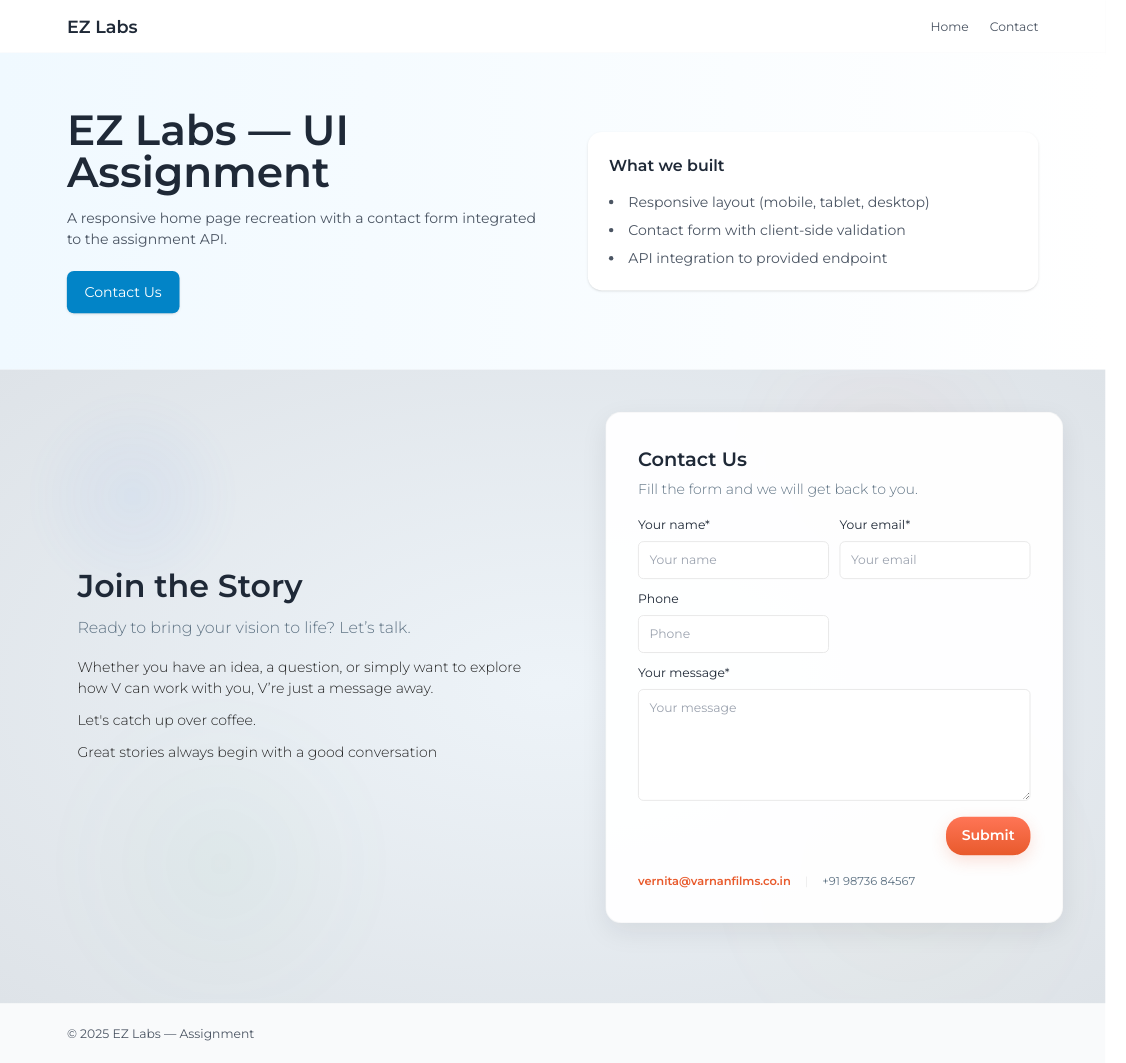
Repository: ritesh1711/ez-contact-form
Page: /
The author's editor kept a copy of each file at every save. The page is drawn from the files as they stood at one save, then again after a run of saves.
The browser window is 1280 px wide. The pictures show the whole page, at 88% of full size.
The project was rebuilt for these pictures with package versions that can differ from the ones it lists, and the page was loaded fresh each time. Also part of the build but not shown: vite.config.js.

Above is the page before, as saved 2025-11-09 22:26:48.

### index.html
<!doctype html>
<html lang="en">
  <head>
    <meta charset="UTF-8" />
    <link rel="icon" type="image/svg+xml" href="/vite.svg" />
    <meta name="viewport" content="width=device-width, initial-scale=1.0" />
    <title>ezlabs-assignment</title>
  </head>
  <body>
    <div id="root"></div>
    <script type="module" src="/src/main.jsx"></script>
  </body>
</html>

### src/index.css
:root {
  font-family: system-ui, Avenir, Helvetica, Arial, sans-serif;
  line-height: 1.5;
  font-weight: 400;

  color-scheme: light dark;
  color: rgba(255, 255, 255, 0.87);
  background-color: #242424;

  font-synthesis: none;
  text-rendering: optimizeLegibility;
  -webkit-font-smoothing: antialiased;
  -moz-osx-font-smoothing: grayscale;
}

a {
  font-weight: 500;
  color: #646cff;
  text-decoration: inherit;
}
a:hover {
  color: #535bf2;
}

body {
  margin: 0;
  display: flex;
  place-items: center;
  min-width: 320px;
  min-height: 100vh;
}

h1 {
  font-size: 3.2em;
  line-height: 1.1;
}

button {
  border-radius: 8px;
  border: 1px solid transparent;
  padding: 0.6em 1.2em;
  font-size: 1em;
  font-weight: 500;
  font-family: inherit;
  background-color: #1a1a1a;
  cursor: pointer;
  transition: border-color 0.25s;
}
button:hover {
  border-color: #646cff;
}
button:focus,
button:focus-visible {
  outline: 4px auto -webkit-focus-ring-color;
}

@media (prefers-color-scheme: light) {
  :root {
    color: #213547;
    background-color: #ffffff;
  }
  a:hover {
    color: #747bff;
  }
  button {
    background-color: #f9f9f9;
  }
}



@tailwind base;
@tailwind components;
@tailwind utilities;

### src/App.jsx
import React from 'react'
import Hero from './components/Hero'
import ContactForm from './components/ContactForm'
import Footer from './components/Footer'


export default function App(){
return (
<div className="min-h-screen flex flex-col">
<header className="bg-white shadow-sm">
<div className="max-w-6xl mx-auto px-6 py-4 flex items-center justify-between">
<div className="text-xl font-bold">EZ Labs</div>
<nav className="space-x-6 hidden md:block text-sm text-gray-600">
<a href="#home">Home</a>
<a href="#contact">Contact</a>
</nav>
</div>
</header>


<main className="flex-1">
<Hero />
<ContactForm />
</main>


<Footer />
</div>
)
}

### src/components/Hero.jsx
import React from 'react'


export default function Hero(){
return (
<section id="home" className="bg-gradient-to-r from-sky-50 to-white">
<div className="max-w-6xl mx-auto px-6 py-16 grid gap-8 md:grid-cols-2 items-center">
<div>
<h1 className="text-4xl md:text-5xl font-extrabold leading-tight">EZ Labs — UI Assignment</h1>
<p className="mt-4 text-gray-600">A responsive home page recreation with a contact form integrated to the assignment API.</p>
<div className="mt-6">
<a href="#contact" className="inline-block bg-sky-600 text-white px-5 py-3 rounded-lg shadow hover:opacity-90">Contact Us</a>
</div>
</div>


<div className="bg-white rounded-2xl p-6 shadow md:ml-6">
<h3 className="text-lg font-semibold">What we built</h3>
<ul className="mt-4 text-gray-600 list-disc list-inside space-y-2">
<li>Responsive layout (mobile, tablet, desktop)</li>
<li>Contact form with client-side validation</li>
<li>API integration to provided endpoint</li>
</ul>
</div>
</div>
</section>
)
}

### src/components/ContactForm.jsx
// import React, { useState } from 'react'
// import './ContactForm.css' // added - imports the new styles

// function ContactForm() {
//   const [form, setForm] = useState({
//     name: '',
//     email: '',
//     phone: '',
//     message: ''
//   })

//   const [errors, setErrors] = useState({})
//   const [status, setStatus] = useState('')
//   const [loading, setLoading] = useState(false)

//   const validate = () => {
//     const newErrors = {}
//     if (!form.name.trim()) newErrors.name = 'Name is required'
//     if (!form.email.trim()) newErrors.email = 'Email is required'
//     else if (!/\S+@\S+\.\S+/.test(form.email)) newErrors.email = 'Invalid email'
//     if (!form.phone.trim()) newErrors.phone = 'Phone is required'
//     if (!form.message.trim()) newErrors.message = 'Message is required'
//     return newErrors
//   }

//   const handleSubmit = async (e) => {
//     e.preventDefault()
//     const validationErrors = validate()
//     if (Object.keys(validationErrors).length > 0) {
//       setErrors(validationErrors)
//       return
//     }

//     setErrors({})
//     setLoading(true)
//     setStatus('')

//     try {
//       const res = await fetch('https://jsonplaceholder.typicode.com/posts', {
//         method: 'POST',
//         headers: { 'Content-Type': 'application/json' },
//         body: JSON.stringify(form)
//       })

//       if (res.ok) {
//         setStatus('Form Submitted')
//         setForm({ name: '', email: '', phone: '', message: '' })
//       } else {
//         const body = await res.text()
//         setStatus('Submission failed: ' + res.status)
//         console.error('API error', res.status, body)
//       }
//     } catch (err) {
//       console.error(err)
//       setStatus('Submission failed: network error')
//     } finally {
//       setLoading(false)
//     }
//   }

//   return (
//     <section id="contact" className="max-w-6xl mx-auto px-6 py-16">
//       <div className="bg-white rounded-2xl shadow p-6 md:p-12">
//         <h2 className="text-2xl font-bold">Contact Us</h2>
//         <p className="text-gray-600 mt-2">Fill the form and we will get back to you.</p>

//         <form className="mt-6 grid gap-4 md:grid-cols-2" onSubmit={handleSubmit} noValidate>
//           <div className="md:col-span-1">
//             <label className="block text-sm font-medium">Name</label>
//             <input
//               value={form.name}
//               onChange={(e) => setForm({ ...form, name: e.target.value })}
//               className={`mt-1 block w-full rounded-md border px-3 py-2 ${
//                 errors.name ? 'border-red-500' : 'border-gray-200'
//               }`}
//             />
//             {errors.name && <p className="text-sm text-red-600 mt-1">{errors.name}</p>}
//           </div>

//           <div className="md:col-span-1">
//             <label className="block text-sm font-medium">Email</label>
//             <input
//               value={form.email}
//               onChange={(e) => setForm({ ...form, email: e.target.value })}
//               className={`mt-1 block w-full rounded-md border px-3 py-2 ${
//                 errors.email ? 'border-red-500' : 'border-gray-200'
//               }`}
//             />
//             {errors.email && <p className="text-sm text-red-600 mt-1">{errors.email}</p>}
//           </div>

//           <div className="md:col-span-1">
//             <label className="block text-sm font-medium">Phone</label>
//             <input
//               value={form.phone}
//               onChange={(e) => setForm({ ...form, phone: e.target.value })}
//               className={`mt-1 block w-full rounded-md border px-3 py-2 ${
//                 errors.phone ? 'border-red-500' : 'border-gray-200'
//               }`}
//             />
//             {errors.phone && <p className="text-sm text-red-600 mt-1">{errors.phone}</p>}
//           </div>

//           <div className="md:col-span-2">
//             <label className="block text-sm font-medium">Message</label>
//             <textarea
//               value={form.message}
//               onChange={(e) => setForm({ ...form, message: e.target.value })}
//               rows={4}
//               className={`mt-1 block w-full rounded-md border px-3 py-2 ${
//                 errors.message ? 'border-red-500' : 'border-gray-200'
//               }`}
//             ></textarea>
//             {errors.message && <p className="text-sm text-red-600 mt-1">{errors.message}</p>}
//           </div>

//           <div className="md:col-span-2 flex items-center justify-between">
//             <div className="text-sm text-green-700">{status}</div>
//             <div>
//               <button
//                 type="submit"
//                 disabled={loading}
//                 className="inline-flex items-center px-5 py-2 bg-sky-600 text-white rounded-lg hover:opacity-90"
//               >
//                 {loading ? 'Sending...' : 'Submit'}
//               </button>
//             </div>
//           </div>
//         </form>
//       </div>
//     </section>
//   )
// }

// export default ContactForm


import React, { useState } from 'react';
import './ContactForm.css';

function ContactForm() {
  const [form, setForm] = useState({
    name: '',
    email: '',
    phone: '',
    message: ''
  });

  const [errors, setErrors] = useState({});
  const [status, setStatus] = useState('');
  const [loading, setLoading] = useState(false);

  const validate = () => {
    const newErrors = {};
    if (!form.name.trim()) newErrors.name = 'Name is required';
    if (!form.email.trim()) newErrors.email = 'Email is required';
    else if (!/\S+@\S+\.\S+/.test(form.email)) newErrors.email = 'Invalid email';
    if (!form.phone.trim()) newErrors.phone = 'Phone is required';
    if (!form.message.trim()) newErrors.message = 'Message is required';
    return newErrors;
  };

  const handleSubmit = async (e) => {
    e.preventDefault();
    const validationErrors = validate();
    if (Object.keys(validationErrors).length > 0) {
      setErrors(validationErrors);
      return;
    }

    setErrors({});
    setLoading(true);
    setStatus('');

    try {
      const res = await fetch('https://jsonplaceholder.typicode.com/posts', {
        method: 'POST',
        headers: { 'Content-Type': 'application/json' },
        body: JSON.stringify(form)
      });

      if (res.ok) {
        setStatus('Form Submitted — thank you!');
        setForm({ name: '', email: '', phone: '', message: '' });
      } else {
        const body = await res.text();
        setStatus('Submission failed: ' + res.status);
        console.error('API error', res.status, body);
      }
    } catch (err) {
      console.error(err);
      setStatus('Submission failed: network error');
    } finally {
      setLoading(false);
    }
  };

  return (
    <section className="contact-root">
      <div className="background" aria-hidden="true"></div>

      <div className="contact-container">
        {/* Left column - intro / copy */}
        <div className="contact-left">
          <div className="left-inner">
            <h2 className="left-title">Join the Story</h2>
            <p className="left-sub">
              Ready to bring your vision to life? Let’s talk.
            </p>

            <div className="left-body">
              <p>
                Whether you have an idea, a question, or simply want to explore how V can work with you, V’re just a message away.
              </p>
              <p>Let's catch up over coffee.</p>
              <p>Great stories always begin with a good conversation</p>
            </div>
          </div>
        </div>

        {/* Right column - form */}
        <div className="contact-right">
          <div className="form-card">
            <h3 className="form-head">Contact Us</h3>
            <p className="form-sub">Fill the form and we will get back to you.</p>

            <form className="form-grid" onSubmit={handleSubmit} noValidate>
              <div className="form-field">
                <label htmlFor="name">Your name*</label>
                <input
                  id="name"
                  type="text"
                  value={form.name}
                  onChange={(e) => setForm({ ...form, name: e.target.value })}
                  className={errors.name ? 'input error' : 'input'}
                  placeholder="Your name"
                />
                {errors.name && <div className="error-text">{errors.name}</div>}
              </div>

              <div className="form-field">
                <label htmlFor="email">Your email*</label>
                <input
                  id="email"
                  type="email"
                  value={form.email}
                  onChange={(e) => setForm({ ...form, email: e.target.value })}
                  className={errors.email ? 'input error' : 'input'}
                  placeholder="Your email"
                />
                {errors.email && <div className="error-text">{errors.email}</div>}
              </div>

              <div className="form-field">
                <label htmlFor="phone">Phone</label>
                <input
                  id="phone"
                  type="tel"
                  value={form.phone}
                  onChange={(e) => setForm({ ...form, phone: e.target.value })}
                  className={errors.phone ? 'input error' : 'input'}
                  placeholder="Phone"
                />
                {errors.phone && <div className="error-text">{errors.phone}</div>}
              </div>

              <div className="form-field full">
                <label htmlFor="message">Your message*</label>
                <textarea
                  id="message"
                  value={form.message}
                  onChange={(e) => setForm({ ...form, message: e.target.value })}
                  rows="5"
                  className={errors.message ? 'textarea error' : 'textarea'}
                  placeholder="Your message"
                />
                {errors.message && <div className="error-text">{errors.message}</div>}
              </div>

              <div className="form-actions">
                <div className="status">{status}</div>
                <button
                  type="submit"
                  disabled={loading}
                  className="submit-btn"
                >
                  {loading ? 'Sending...' : 'Submit'}
                </button>
              </div>
            </form>

            <div className="contact-footer">
              <a href="mailto:vernita@varnanfilms.co.in">vernita@varnanfilms.co.in</a>
              <span className="sep">|</span>
              <span>+91 98736 84567</span>
            </div>
          </div>
        </div>
      </div>
    </section>
  );
}

export default ContactForm;

### src/components/Footer.jsx
import React from 'react'


export default function Footer(){
return (
<footer className="bg-gray-50">
<div className="max-w-6xl mx-auto px-6 py-6 text-sm text-gray-600">© {new Date().getFullYear()} EZ Labs — Assignment</div>
</footer>
)
}

### src/components/ContactForm.css
/* ContactForm.css
   Place alongside the component and import in the component file.
   Uses Montserrat from your provided import.
*/

@import url('https://fonts.googleapis.com/css?family=Montserrat:200,300,400,600&display=swap');

:root{
  --bg-1: #edf3f8;
  --bg-2: #dee3e8;
  --accent: #e85a2c;
  --card-bg: rgba(255,255,255,0.95);
  --muted: #5e7283;
  --input-border: #e6e6e6;
}

/* reset */
* { box-sizing: border-box; }
html,body,#root { height: 100%; }
body {
  margin: 0;
  font-family: "Montserrat", system-ui, -apple-system, "Segoe UI", Roboto, "Helvetica Neue", Arial;
  color: #1f2937;
}

/* overall section */
.contact-root {
  position: relative;
  min-height: 100vh;
  overflow: auto;
  background: radial-gradient(ellipse at center, var(--bg-1) 1%, var(--bg-2) 100%);
  padding: 48px;
}

/* your "webgl css" converted to real CSS */
.background {
  position: absolute;
  left: 0;
  top: 0;
  width: 100%;
  height: 100%;
  pointer-events: none;
  z-index: 0;
  /* subtle animated shapes using CSS radial-gradients for depth instead of an image */
  background-image:
    radial-gradient(circle at 12% 20%, rgba(62,130,247,0.06) 0px, transparent 120px),
    radial-gradient(circle at 80% 14%, rgba(237,65,45,0.04) 0px, transparent 180px),
    radial-gradient(circle at 20% 78%, rgba(45,169,79,0.03) 0px, transparent 200px),
    radial-gradient(circle at 82% 80%, rgba(253,189,0,0.02) 0px, transparent 240px);
  filter: blur(6px);
}

/* container for content - two columns */
.contact-container {
  position: relative;
  z-index: 5;
  display: grid;
  grid-template-columns: 1fr 520px;
  gap: 40px;
  align-items: center;
  max-width: 1200px;
  margin: 0 auto;
}

/* left column */
.contact-left {
  padding: 60px 40px;
}
.left-inner {
  max-width: 520px;
}
.left-title {
  font-weight: 600;
  font-size: 36px;
  margin: 0 0 8px 0;
}
.left-sub {
  margin: 0 0 20px 0;
  color: var(--muted);
  font-weight: 300;
  font-size: 18px;
}
.left-body p {
  margin: 12px 0;
  color: #222;
  font-weight: 300;
  line-height: 1.5;
}

/* right column / card */
.contact-right {
  display: flex;
  justify-content: center;
}
.form-card {
  width: 100%;
  background: var(--card-bg);
  border-radius: 18px;
  box-shadow: 0 10px 30px rgba(20,30,40,0.08);
  padding: 36px;
  border: 1px solid rgba(0,0,0,0.03);
}
.form-head {
  margin: 0;
  font-size: 22px;
  font-weight: 600;
}
.form-sub {
  margin: 6px 0 18px 0;
  color: var(--muted);
  font-weight: 300;
}

/* form grid and fields */
.form-grid {
  display: grid;
  grid-template-columns: 1fr 1fr;
  gap: 12px;
}
.form-field {
  display: flex;
  flex-direction: column;
  font-size: 14px;
}
.form-field.full {
  grid-column: 1 / -1;
}
.form-field label {
  margin-bottom: 8px;
  font-weight: 400;
}
.input, .textarea {
  border: 1px solid var(--input-border);
  padding: 10px 12px;
  border-radius: 6px;
  font-family: inherit;
  font-size: 14px;
  outline: none;
  transition: box-shadow .15s ease, border-color .15s ease;
  background: white;
}
.input:focus, .textarea:focus {
  box-shadow: 0 0 0 4px rgba(232,90,50,0.06);
  border-color: rgba(232,90,50,0.6);
}
.textarea { resize: vertical; min-height: 120px; }

/* errors */
.error {
  border-color: #f87171 !important;
}
.error-text {
  margin-top: 6px;
  color: #b91c1c;
  font-size: 13px;
}

/* actions */
.form-actions {
  grid-column: 1 / -1;
  display: flex;
  justify-content: space-between;
  align-items: center;
  margin-top: 6px;
}
.status {
  color: #0f5132; /* green-ish for success */
  font-weight: 500;
  min-height: 20px;
}
.submit-btn {
  background: linear-gradient(180deg, #ff7556, #e85a2c);
  color: white;
  border: none;
  padding: 10px 18px;
  font-weight: 600;
  border-radius: 20px;
  cursor: pointer;
  box-shadow: 0 6px 18px rgba(232,90,50,0.18);
}
.submit-btn[disabled] {
  opacity: 0.65;
  cursor: not-allowed;
}

/* footer contact info */
.contact-footer {
  margin-top: 20px;
  font-size: 13px;
  color: var(--muted);
  display: flex;
  gap: 10px;
  align-items: center;
}
.contact-footer a { color: var(--accent); text-decoration: none; font-weight: 600; }
.contact-footer .sep { color: rgba(0,0,0,0.08); margin: 0 6px; }

/* Responsive: collapse to single column on smaller screens */
@media (max-width: 980px) {
  .contact-container {
    grid-template-columns: 1fr;
    padding: 0 8px;
  }
  .contact-left {
    order: 2;
    padding: 28px 20px;
  }
  .contact-right {
    order: 1;
    padding: 20px;
  }
  .form-card { padding: 24px; }
  .form-grid {
    grid-template-columns: 1fr;
  }
}

/* smaller mobile tweaks */
@media (max-width: 480px) {
  .contact-root { padding: 20px; }
  .left-title { font-size: 28px; }
  .left-sub { font-size: 16px; }
  .form-head { font-size: 18px; }
  .submit-btn { padding: 10px 14px; }
}

Loaded but not shown: src/main.jsx (common file); tailwind.config.cjs (common file)

After the next 6 saves:
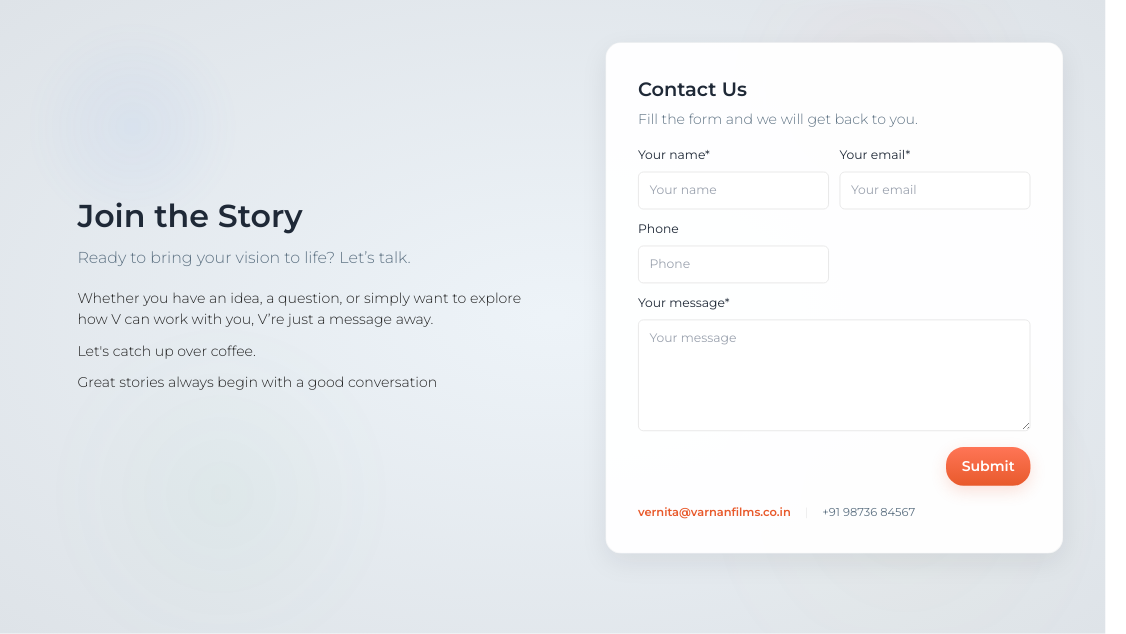
The 6 saves are shown as one change because 3 did not build or start and some came seconds apart.
The last was saved 68 s later.
--- a/src/App.jsx
+++ b/src/App.jsx
@@ -1,30 +1,36 @@
 import React from 'react'
-import Hero from './components/Hero'
+// import Hero from './components/Hero'
 import ContactForm from './components/ContactForm'
-import Footer from './components/Footer'
+// import Footer from './components/Footer'
 
 
-export default function App(){
-return (
-<div className="min-h-screen flex flex-col">
-<header className="bg-white shadow-sm">
-<div className="max-w-6xl mx-auto px-6 py-4 flex items-center justify-between">
-<div className="text-xl font-bold">EZ Labs</div>
-<nav className="space-x-6 hidden md:block text-sm text-gray-600">
-<a href="#home">Home</a>
-<a href="#contact">Contact</a>
-</nav>
-</div>
-</header>
+// export default function App(){
+// return (
+// <div className="min-h-screen flex flex-col">
+// <header className="bg-white shadow-sm">
+// <div className="max-w-6xl mx-auto px-6 py-4 flex items-center justify-between">
+// <div className="text-xl font-bold">EZ Labs</div>
+// <nav className="space-x-6 hidden md:block text-sm text-gray-600">
+// <a href="#home">Home</a>
+// <a href="#contact">Contact</a>
+// </nav>
+// </div>
+// </header>
 
 
-<main className="flex-1">
-<Hero />
-<ContactForm />
-</main>
+// <main className="flex-1">
+// <Hero />
+// <ContactForm />
+// </main>
 
 
-<Footer />
-</div>
-)
+// <Footer />
+// </div>
+// )
+// }
+
+// import ContactForm from './components/ContactForm';
+
+export default function App(){
+  return <ContactForm />;
 }
